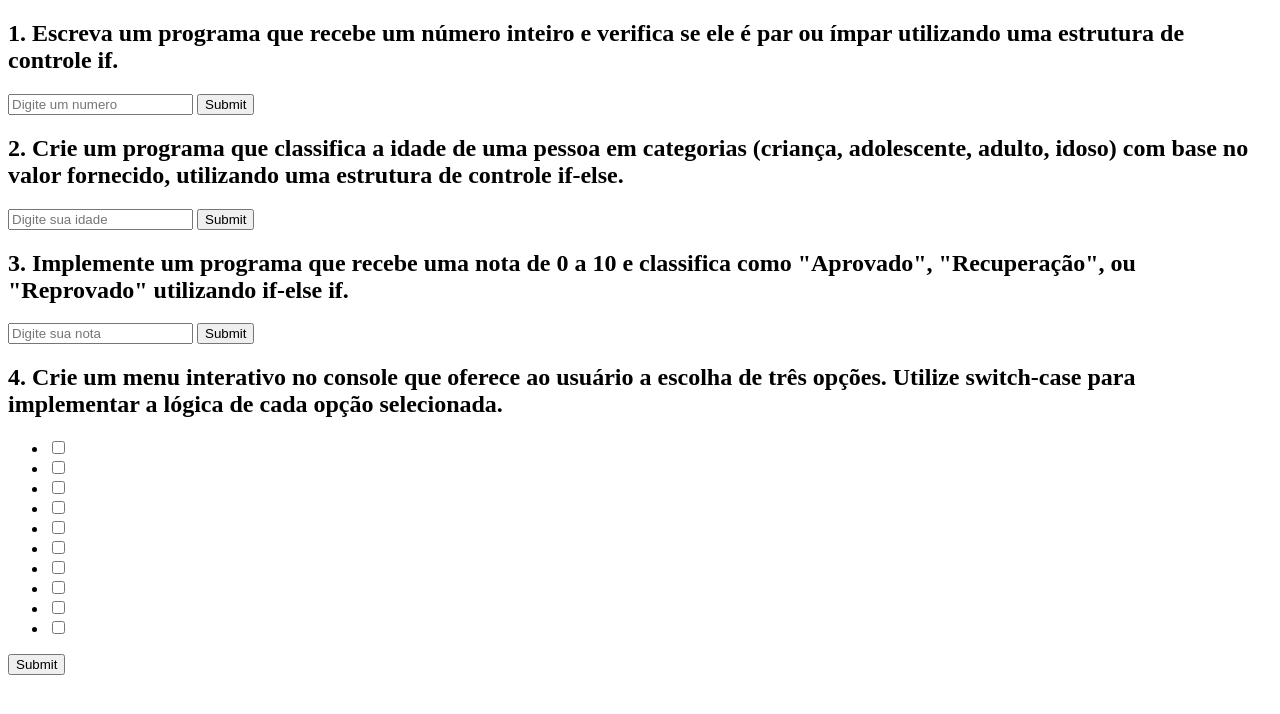
Repository: chidekina/prati-logica
Page: index.html
An editor plug-in stored every save of this project. The page is shown before and after the next save, followed by the edit.
The browser window is 1280 px wide. The pictures show the whole page.

Above is the page before, as saved 2025-04-29 14:26:56.

### index.html
<!DOCTYPE html>
<html lang="en">
<head>
    <main>
        <meta charset="UTF-8">
        <meta name="viewport" content="width=device-width, initial-scale=1.0">
        <title>+prati - Lista de Exercicios 1</title>
    </head>
<body>
    <div>
        <h2>
            1. Escreva um programa que recebe um número inteiro e verifica se ele é par ou ímpar
utilizando uma estrutura de controle if.
    </h2>
    <div>
        <input id="task1" type="text" placeholder="Digite um numero" />
        <input type="submit" onclick="parOuImpar()">
    </div>
    <h3 id="answer1"></h3>
</div>
    <div>
        <h2>
            2. Crie um programa que classifica a idade de uma pessoa em categorias (criança,
adolescente, adulto, idoso) com base no valor fornecido, utilizando uma estrutura de
controle if-else.
    </h2>
    <div>
        <input id="task2" type="text" placeholder="Digite sua idade" />
        <input type="submit" onclick="classificacaoEtaria()">
    </div>
    <h3 id="answer2"></h3>
</div>
    <div>
        <h2>
            3. Implemente um programa que recebe uma nota de 0 a 10 e classifica como
"Aprovado", "Recuperação", ou "Reprovado" utilizando if-else if.
    </h2>
    <div>
        <input id="task3" type="text" placeholder="Digite sua nota" />
        <input type="submit" onclick="aprovacao()">
    </div>
    <h3 id="answer3"></h3>
</div>
    <div>
        <h2>
            4. Crie um menu interativo no console que oferece ao usuário a escolha de três opções.
Utilize switch-case para implementar a lógica de cada opção selecionada.
    </h2>
    <div>
        <ul>
            <li id="option1"><input type="checkbox" name="" id=""></li>
            <li id="option2"><input type="checkbox" name="" id=""></li>
            <li id="option3"><input type="checkbox" name="" id=""></li>
            <li id="option4"><input type="checkbox" name="" id=""></li>
            <li id="option5"><input type="checkbox" name="" id=""></li>
            <li id="option6"><input type="checkbox" name="" id=""></li>
            <li id="option7"><input type="checkbox" name="" id=""></li>
            <li id="option8"><input type="checkbox" name="" id=""></li>
            <li id="option9"><input type="checkbox" name="" id=""></li>
            <li id="option10"><input type="checkbox" name="" id=""></li>
        </ul>
        <input type="submit" onclick="aprovacao()">
    </div>
    <h3 id="answer3"></h3>
</div>
</main>
<script src="app.js"></script>
</body>
</html>

### app.js
function parOuImpar() {
  const task1 = document.getElementById("task1");
  const numero = parseInt(task1.value);
  let answer1 = document.getElementById("answer1");

  if (isNaN(numero)) {
    alert("Digite um número válido.");
  } else {
    answer1.innerHTML = `O número ${numero} é ${numero % 2 === 0 ? 'par' : 'ímpar'}`;
  }
  task1.value = '';
}

function classificacaoEtaria() {
  const task2 = document.getElementById("task2");
  const idade = parseInt(task2.value);
  let classificacao;
  let answer2 = document.getElementById("answer2");

  if (isNaN(idade) || idade > 100 || idade < 0) {
    alert("Digite uma idade válida.");
  } else {
    if (idade >= 60) {
      classificacao = "idoso";
    } else if (idade >= 20) {
      classificacao = "adulto";
    } else if (idade >= 12) {
      classificacao = "adolescente";
    } else {
      classificacao = "criança";
    }
    answer2.innerHTML = `A idade de ${idade} anos é classificada como ${classificacao}.`;
  }
  task2.value = '';
}

function aprovacao() {
    const task3 = document.getElementById('task3');
    const nota = task3.value;

    if( nota < 0 || nota > 10 || isNaN(nota)) {
        alert('Digite uma nota válida.');
    } else {
        answer3.innerHTML = nota >= 7 ? 'Parabéns! Você foi aprovado.' : 'Poxa... Você ficou de recuperação.';
    }

    task3.value = '';
}

After the next save:
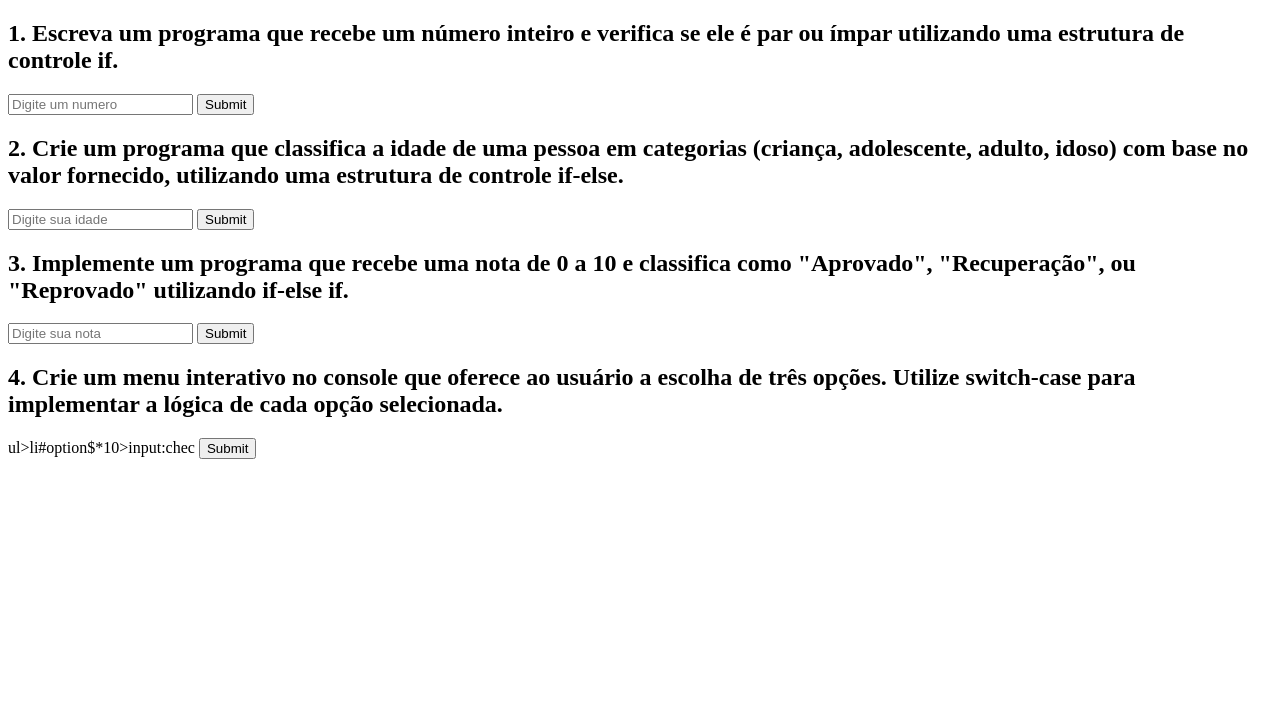
Saved 12 s later.
--- a/index.html
+++ b/index.html
@@ -47,18 +47,7 @@ controle if-else.
 Utilize switch-case para implementar a lógica de cada opção selecionada.
     </h2>
     <div>
-        <ul>
-            <li id="option1"><input type="checkbox" name="" id=""></li>
-            <li id="option2"><input type="checkbox" name="" id=""></li>
-            <li id="option3"><input type="checkbox" name="" id=""></li>
-            <li id="option4"><input type="checkbox" name="" id=""></li>
-            <li id="option5"><input type="checkbox" name="" id=""></li>
-            <li id="option6"><input type="checkbox" name="" id=""></li>
-            <li id="option7"><input type="checkbox" name="" id=""></li>
-            <li id="option8"><input type="checkbox" name="" id=""></li>
-            <li id="option9"><input type="checkbox" name="" id=""></li>
-            <li id="option10"><input type="checkbox" name="" id=""></li>
-        </ul>
+        ul>li#option$*10>input:chec
         <input type="submit" onclick="aprovacao()">
     </div>
     <h3 id="answer3"></h3>
